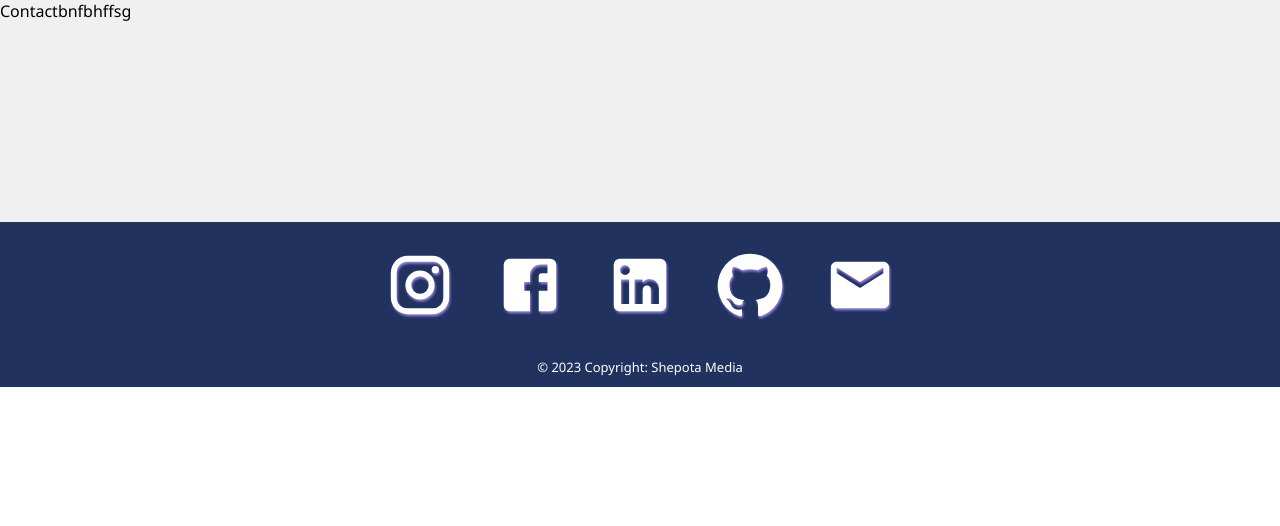
Repository: LolaSL/react-portfolio
Page: /contact
The author's editor kept a copy of each file at every save. The page is drawn from the files as they stood at one save, then again after the next save.
The browser window is 1280 px wide. The pictures show the whole page.
The project was rebuilt for these pictures with package versions that can differ from the ones it lists, and the page was loaded fresh each time. Also part of the build but not shown: src/pages/Home/Style.css, src/pages/Home/Home.jsx, src/components/ProjectItem/ProjectItem.jsx, src/helpers/ProjectList.js, src/pages/Projects/Style.css, src/pages/Projects/Projects.jsx, src/pages/Experience/Style.css, src/pages/Experience/Experience.jsx and 2 more.

Above is the page before, as saved 2023-07-01 20:14:48.

After the next save:
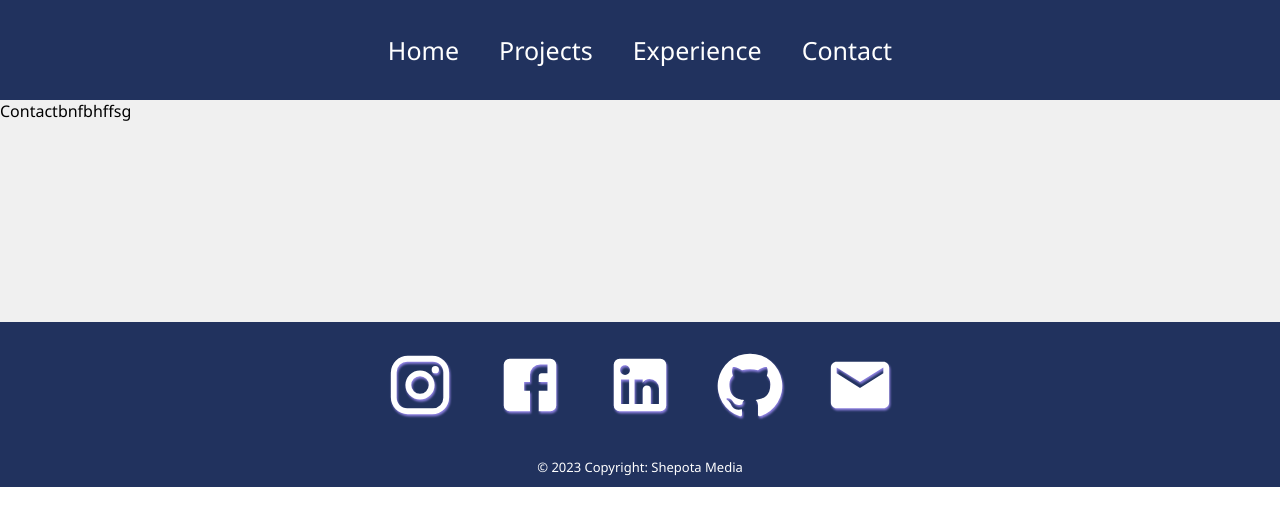
Saved 17 s later.
--- a/src/components/Navbar/Style.css
+++ b/src/components/Navbar/Style.css
@@ -1,58 +1,4 @@
 .navbar {
-  display: flex;
-  justify-content: space-between;
-  align-items: center;
-  background-color: #f1f1f1;
-  padding: 10px;
-}
-
-.toggleButton button {
-  background-color: transparent;
-  border: none;
-  cursor: pointer;
-}
-
-.links a {
-  margin-right: 10px;
-  text-decoration: none;
-  color: #333;
-}
-
-.links a:hover {
-  text-decoration: underline;
-}
-
-#open {
-  display: block;
-}
-
-#close {
-  display: none;
-}
-/*
-@media (max-width: 600px) {
-  .navbar {
-    flex-direction: column;
-    align-items: flex-start;
-    padding: 20px;
-  }
-
-  .toggleButton {
-    margin-bottom: 10px;
-  }
-
-  .links {
-    display: ${expandNavbar ? "block" : "none"};
-    margin-top: 10px;
-  }
-
-  .links a {
-    display: block;
-    margin-bottom: 10px;
-  }
-} */
-
-/* .navbar {
   width: 100%;
   height: 100px;
   background: #21325e;
@@ -65,7 +11,6 @@
   align-items: center;
   justify-content: center;
   color: white;
-
 }
 
 .navbar a {
@@ -86,6 +31,7 @@
 .toggleButton svg {
   font-size: 50px;
 }
+
 .toggleButton button {
   margin-right: 20px;
   background-color: transparent;
@@ -119,6 +65,7 @@
   .toggleButton {
     display: flex;
   }
+
   #close a {
     display: none;
   }
@@ -140,4 +87,4 @@
   #open .links {
     flex-direction: row;
   }
-} */
+}
